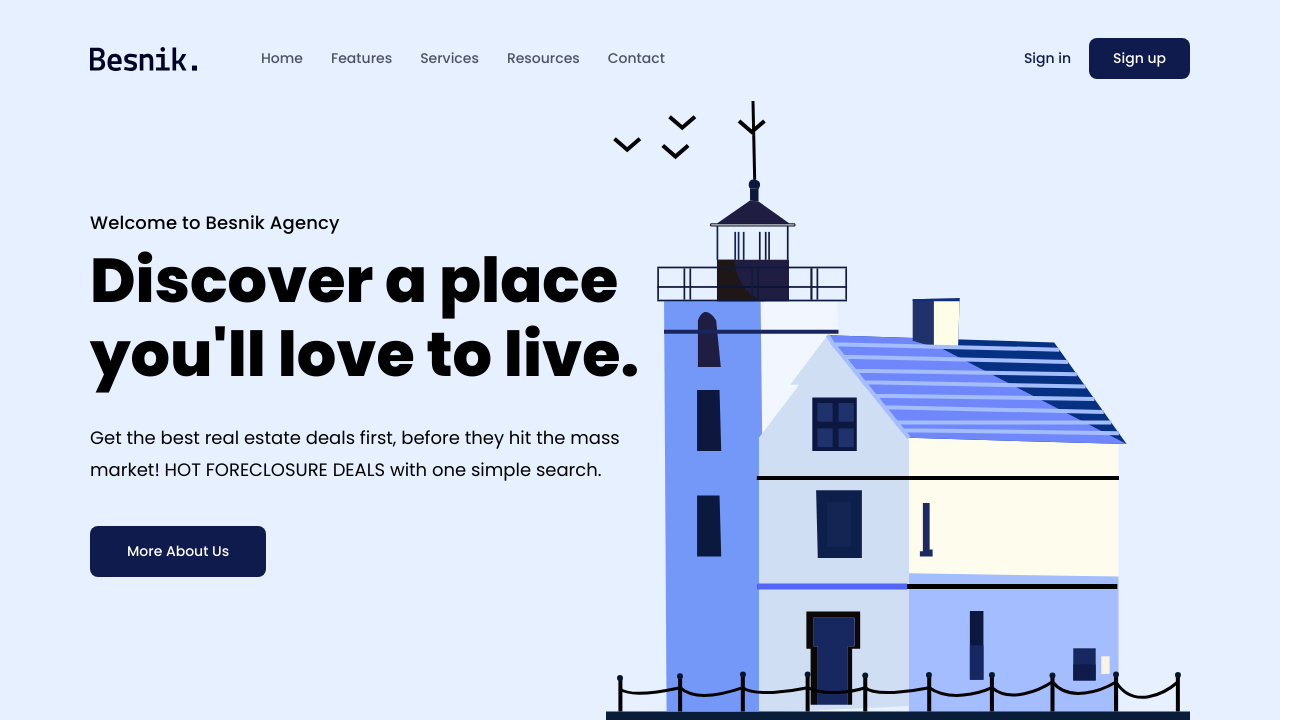
Repository: ducvui2003/f8-project-01
Page: index.html
These files come from the project's save history. The page is drawn as it stood at one moment and after the next save; the edit follows.
The browser window is 1280 px wide. The page is 1280 px wide, then 1290 px, so the pictures cover 1290 px, including what lies to the right of the window. The pictures show the whole page.

Above is the page before, as saved 2023-06-16 19:54:10.

After the next save:
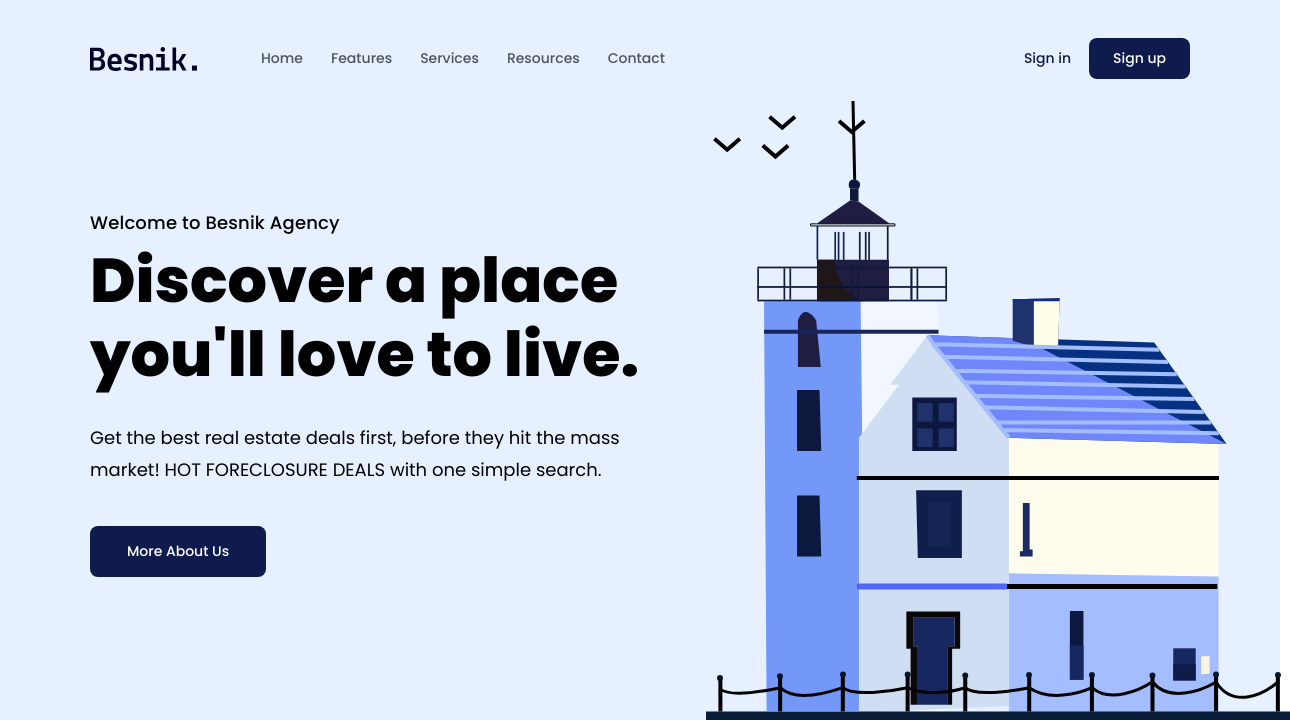
Saved 36 s later.
--- a/asset/css/styles.css
+++ b/asset/css/styles.css
@@ -114,6 +114,6 @@
 }
 .hero-img {
   position: absolute;
-  right: calc((100vw - 1100px) / 2);
+  right: calc((100vw - 1100px) / 2 - 100px);
   bottom: 0;
 }
